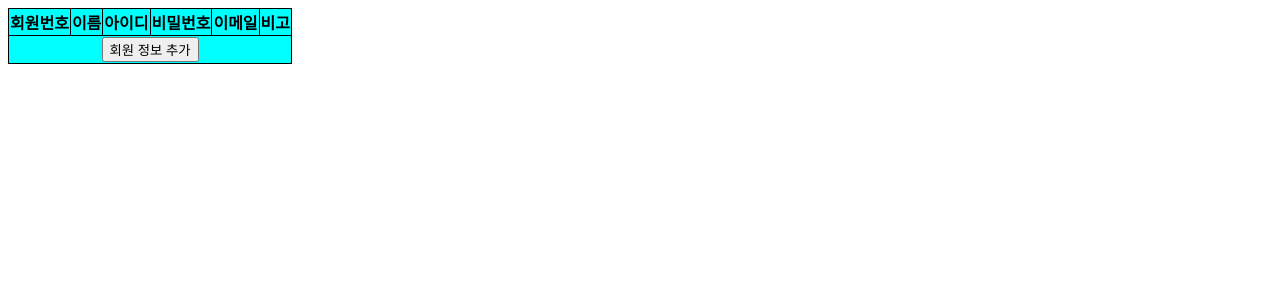
Repository: Heo-sh/Web_Development
Page: http://localhost/Ex_0418_Member/member.jsp
The author's editor kept a copy of each file at every save. The page is drawn from the files as they stood at one save, then again after the next save.
The browser window is 1280 px wide. The pictures show the whole page.
The page is served by Tomcat 9. Other server files are loaded and not shown. Queries for data that is not in the repository find no rows.

Above is the page before, as saved 2023-04-18 08:35:24.

### Ex_0418_Member/WebContent/member.jsp
<%@page import="vo.MemberVO"%>
<%@page import="java.util.List"%>
<%@page import="dao.MemberDAO"%>
<%@ page language="java" contentType="text/html; charset=UTF-8"
    pageEncoding="UTF-8"%>
<%
	List<MemberVO> list = MemberDAO.getInstance().selectList();
%>
<!DOCTYPE html>
	<html>
	<head>
		<meta charset="UTF-8">
		<title>Insert title here</title>
		<style type="text/css">
			tr {
				background-color: aqua;
			}
			table {
				border: black, solid, 1px;
				border-collapse: collapse;
			}
		</style>
		<script type="text/javascript">
			function del(idx) {
				if (confirm("정말 삭제하시겠습니까?") == false) {
					return;
				}

				location.href = 'member_del.jsp?idx=' + idx;
			}

			function reinsert(idx, name, id, pw, email) {
				location.href = 'member_update.jsp?idx=' + idx + "&name=" + name + "&id=" + id + "&pw=" + pw + "&email=" + email;
			}
		</script>
	</head>
	<body>
		<table border="1">
			<tr>
				<th>회원번호</th>
				<th>이름</th>
				<th>아이디</th>
				<th>비밀번호</th>
				<th>이메일</th>
				<th>비고</th>
			</tr>
			<% for (int i = 0; i < list.size(); i++) {
						MemberVO vo = list.get(i);
			%>
			<tr align="center">
				<td><%= vo.getIdx() %></td>
				<td><%= vo.getName() %></td>
				<td><%= vo.getId() %></td>
				<td><%= vo.getPw() %></td>
				<td><%= vo.getEmail() %></td>
				<td>
					<input
						type="button"
						value="삭제"
						onclick="del('<%= vo.getIdx() %>')"
					>
					<input
						type="button"
						value="수정"
						onclick="reinsert('<%= vo.getIdx() %>',
										  '<%= vo.getName() %>',
										  '<%= vo.getId() %>',
										  '<%= vo.getPw() %>',
										  '<%= vo.getEmail() %>')"
					>
				</td>
			</tr>
			<%} %>
			<tr>
				<td colspan="7" align="center">
					<input
						type="button"
						value="회원 정보 추가"
						onclick="location.href='member_register.jsp'"
					>
				</td>
			</tr>
		</table>
	</body>
</html>

### Ex_0418_Member/src/dao/MemberDAO.java
package dao;

import java.sql.Connection;
import java.sql.PreparedStatement;
import java.sql.ResultSet;
import java.sql.SQLException;
import java.util.ArrayList;
import java.util.List;

import service.DBService;
import vo.MemberVO;

public class MemberDAO {
	// single-ton pattern:
	// 객체1개만생성해서 지속적으로 서비스하자
	static MemberDAO single = null;

	public static MemberDAO getInstance() {
		//생성되지 않았으면 생성
		if (single == null)
			single = new MemberDAO();
		//생성된 객체정보를 반환
		return single;
	}

	public List<MemberVO> selectList() {

		List<MemberVO> list = new ArrayList<MemberVO>();
		Connection conn = null;
		PreparedStatement pstmt = null;
		ResultSet rs = null;
		String sql = "select * from member order by idx";

		try {
			//1.Connection얻어온다
			conn = DBService.getInstance().getConnection();
			//2.명령처리객체정보를 얻어오기
			pstmt = conn.prepareStatement(sql);

			//3.결과행 처리객체 얻어오기
			rs = pstmt.executeQuery();

			while (rs.next()) {
				MemberVO vo = new MemberVO();
				//현재레코드값=>Vo저장
				vo.setIdx(rs.getInt("idx"));
				vo.setId(rs.getString("id"));
				vo.setName(rs.getString("name"));
				vo.setPw(rs.getString("pw"));
				vo.setEmail(rs.getString("email"));

				//ArrayList추가
				list.add(vo);
			}

		} catch (Exception e) {
			// TODO: handle exception
			e.printStackTrace();
		} finally {

			try {
				if (rs != null)
					rs.close();
				if (pstmt != null)
					pstmt.close();
				if (conn != null)
					conn.close();
			} catch (SQLException e) {
				// TODO Auto-generated catch block
				e.printStackTrace();
			}
		}

		return list;
	}

	//추가하기
	public int insert(MemberVO vo) {
		// TODO Auto-generated method stub
		int res = 0;

		Connection conn = null;
		PreparedStatement pstmt = null;

		String sql = "insert into member values(seq_member_idx.nextval, ?, ?, ?, ?)";

		try {
			//1.Connection획득
			conn = DBService.getInstance().getConnection();
			//2.명령처리객체 획득
			pstmt = conn.prepareStatement(sql);

			//3.pstmt parameter 채우기
			pstmt.setString(1, vo.getName());
			pstmt.setString(2, vo.getId());
			pstmt.setString(3, vo.getPw());
			pstmt.setString(4, vo.getEmail());

			//4.DB로 전송(res:처리된행수)
			res = pstmt.executeUpdate();

		} catch (Exception e) {
			// TODO: handle exception
			e.printStackTrace();
		} finally {

			try {
				if (pstmt != null)
					pstmt.close();
				if (conn != null)
					conn.close();
			} catch (SQLException e) {
				// TODO Auto-generated catch block
				e.printStackTrace();
			}
		}
		return res;
	}

	//삭제하기
	public int delete(int idx) {
		// TODO Auto-generated method stub
		int res = 0;

		Connection conn = null;
		PreparedStatement pstmt = null;

		String sql = "delete from member where idx=?";

		try {
			//1.Connection획득
			conn = DBService.getInstance().getConnection();
			//2.명령처리객체 획득
			pstmt = conn.prepareStatement(sql);

			//3.pstmt parameter 채우기
			pstmt.setInt(1, idx);

			//4.DB로 전송(res:처리된행수)
			res = pstmt.executeUpdate();

		} catch (Exception e) {
			// TODO: handle exception
			e.printStackTrace();
		} finally {

			try {
				if (pstmt != null)
					pstmt.close();
				if (conn != null)
					conn.close();
			} catch (SQLException e) {
				// TODO Auto-generated catch block
				e.printStackTrace();
			}
		}
		return res;
	}

	public int update(MemberVO vo) {
		// TODO Auto-generated method stub
		int res = 0;

		Connection conn = null;
		PreparedStatement pstmt = null;

		String sql = "update member set name=?, id=?, pw=?, email=? where idx=?";

		try {
			//1.Connection획득
			conn = DBService.getInstance().getConnection();
			//2.명령처리객체 획득
			pstmt = conn.prepareStatement(sql);

			//3.pstmt parameter 채우기
			pstmt.setString(1, vo.getName());
			pstmt.setString(2, vo.getId());
			pstmt.setString(3, vo.getPw());
			pstmt.setString(4, vo.getEmail());
			pstmt.setInt(5, vo.getIdx());

			//4.DB로 전송(res:처리된행수)
			res = pstmt.executeUpdate();

		} catch (Exception e) {
			// TODO: handle exception
			e.printStackTrace();
		} finally {

			try {
				if (pstmt != null)
					pstmt.close();
				if (conn != null)
					conn.close();
			} catch (SQLException e) {
				// TODO Auto-generated catch block
				e.printStackTrace();
			}
		}
		return res;
	}

































}

### Ex_0418_Member/src/service/DBService.java
package service;

import java.sql.Connection;
import java.sql.SQLException;

import javax.naming.Context;
import javax.naming.InitialContext;
import javax.naming.NamingException;
import javax.sql.DataSource;

public class DBService {
//	multi - 본인만의 축약어를 만들 수 있다.
//	window -> preperence -> java -> template -> new
//	for (int i = 0; i < argType; i++) {
//		for (int j = 0; j < argType; j++) {
//
//		}
//	}


//	DB접속을 위한 코드를 위한 class

	//single-ton pattern:
	//객체1개만생성해서 지속적으로 서비스하자
	//- jsp파일을 생성하고 DB에 접속하려고 할 때마다 객체들을 생성하여 메모리를 점유해야한다.
	//  -> 코드를 매번 작성해야 하고 비효율적이기에 single-ton pattern을 이용한다.
	//- 어플리케이션이 시작될 때 어떤 클래스가 최초 한번만 메모리를 할당하고(static의 개념)
	//  그 메모리에 인스턴스를 만들어 사용하는 디자인 패턴
	//- DB를 접속할 때처럼 공통된 객체를 여러 개 생성해서 사용해야 하는 상황에 많이 사용
	static DBService single = null;

	public static DBService getInstance() { //static으로 만들어진 객체는 new를 쓰지 않아도 불러올 수 있다.
		//생성되지 않았으면 생성
		if (single == null) //메모리를 점유하고 있지 않다면
			single = new DBService(); //객체를 생성하라
		//생성된 객체정보를 반환
		return single; //single: DB 접속 관련 정보가 들어가 있다.
	}

	DataSource ds; //생성자 밖에서도 써야하기에 바깥으로 빼둠

	public DBService() {
		try {
			InitialContext ic = new InitialContext();
			Context ctx = (Context)ic.lookup("java:comp/env");
			ds = (DataSource)ctx.lookup("jdbc/oracle_test");

		} catch (NamingException e) {
			// TODO Auto-generated catch block
			e.printStackTrace();
		}
	}

	public Connection getConnection() {
		Connection conn = null;

		try {
			conn = ds.getConnection();
		} catch (SQLException e) {
			// TODO Auto-generated catch block
			e.printStackTrace();
		}

		return conn;
	}

}

After the next save:
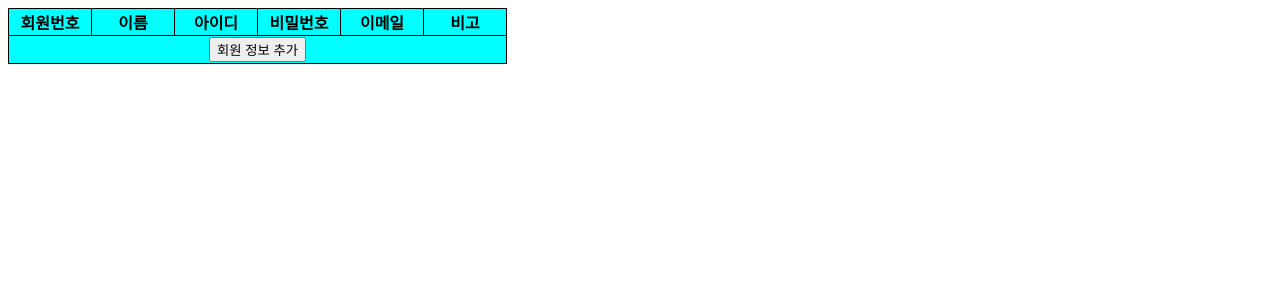
Saved 41 s later.
--- a/Ex_0418_Member/WebContent/member.jsp
+++ b/Ex_0418_Member/WebContent/member.jsp
@@ -18,6 +18,10 @@
 			table {
 				border: black, solid, 1px;
 				border-collapse: collapse;
+			}
+
+			th {
+				width: 80px;
 			}
 		</style>
 		<script type="text/javascript">
